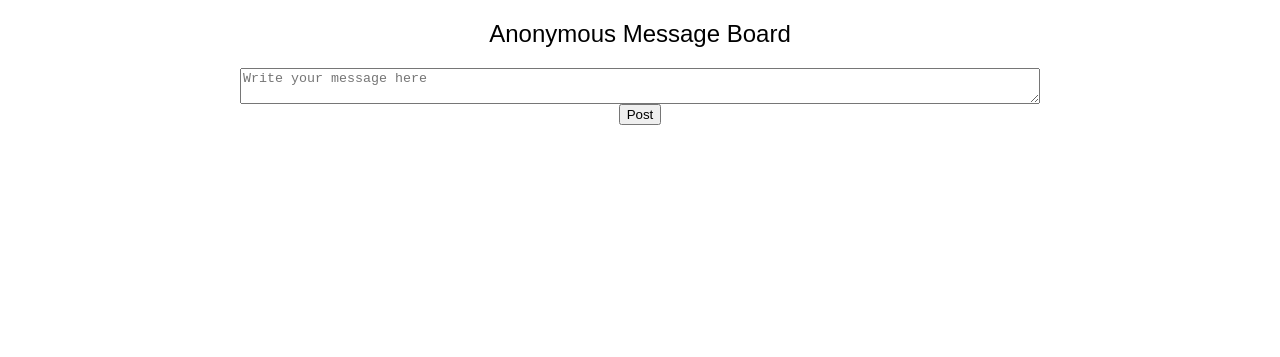
Repository: pilar122/tycha-os
Page: html1.html
The author's editor kept a copy of each file at every save. The page is drawn from the files as they stood at one save, then again after the next save.
The browser window is 1280 px wide. The pictures show the whole page.

Above is the page before, as saved 2023-01-06 11:35:57.

After the next save:
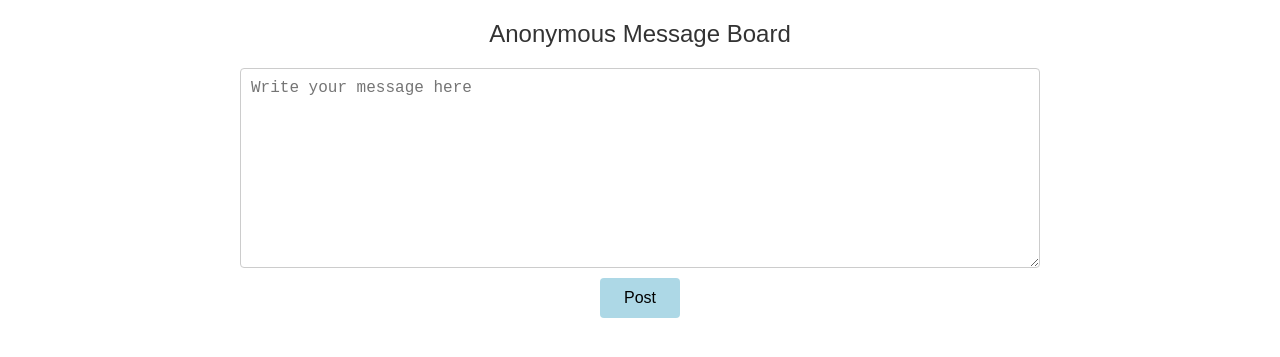
Saved 9 min 27 s later.
--- a/Style.css
+++ b/Style.css
@@ -15,7 +15,7 @@ h1 {
     margin: 0;
     font-size: 24px;
     font-weight: normal;
-    cp;pr: #333;
+    color: #333;
 }
 
 form {
@@ -27,4 +27,57 @@ form {
 
 textarea{
     width: 100%;
+    max-width: 800px;
+    height: 200px;
+    margin-bottom: 10px;
+    font-size: 16px;
+    padding: 10px;
+    border: 1px solid #ccc;
+    border-radius: 4px;
+    box-sizing: border-box;
 }
+
+button {
+    width: 80px;
+    height: 40px;
+    font-size: 16px;
+    background-color: lightblue;
+    border: none;
+    border-radius: 4px;
+    cursor: pointer;
+}
+
+button:hover {
+    background-color: #aaa;
+}
+
+.message {
+    margin-top: 20px;
+    padding: 20px;
+    border: 1px solid #ccc;
+    border-radius: 4px;
+    box-sizing: border-box;
+    width: 100%;
+    max-width: 800px;
+}
+
+.message p {
+    margin: 0;
+    font-size: 16px;
+}
+
+.message .comments {
+    margin-top: 10px;
+
+}
+
+.message .comment {
+    margin-top: 10px;
+    padding: 10px;
+    border-left: 1 px solid #ccc;
+    font-size: 14px;
+}
+
+.message .comment {
+    margin: 0;
+}
